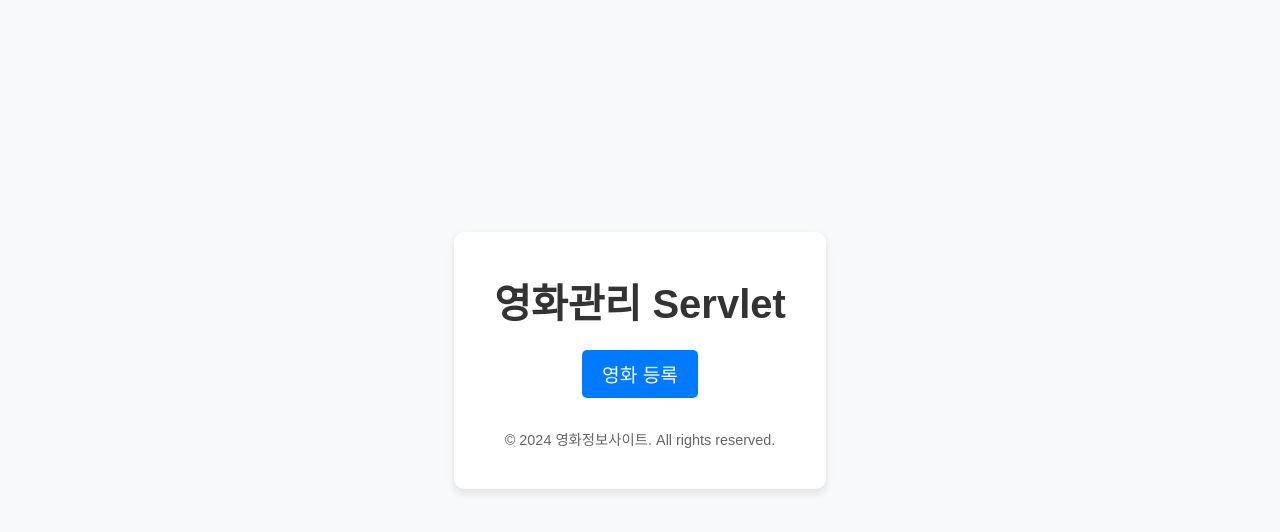
Repository: s00ngle/SSAFY-BE
Page: back_db_ws_01_2/src/main/webapp/index.html
These files come from the project's save history. The page is drawn as it stood at one moment and after a run of saves; the edit follows.
The browser window is 1280 px wide. The pictures show the whole page.

Above is the page before, as saved 2024-09-24 04:37:50.

After the next 2 saves:
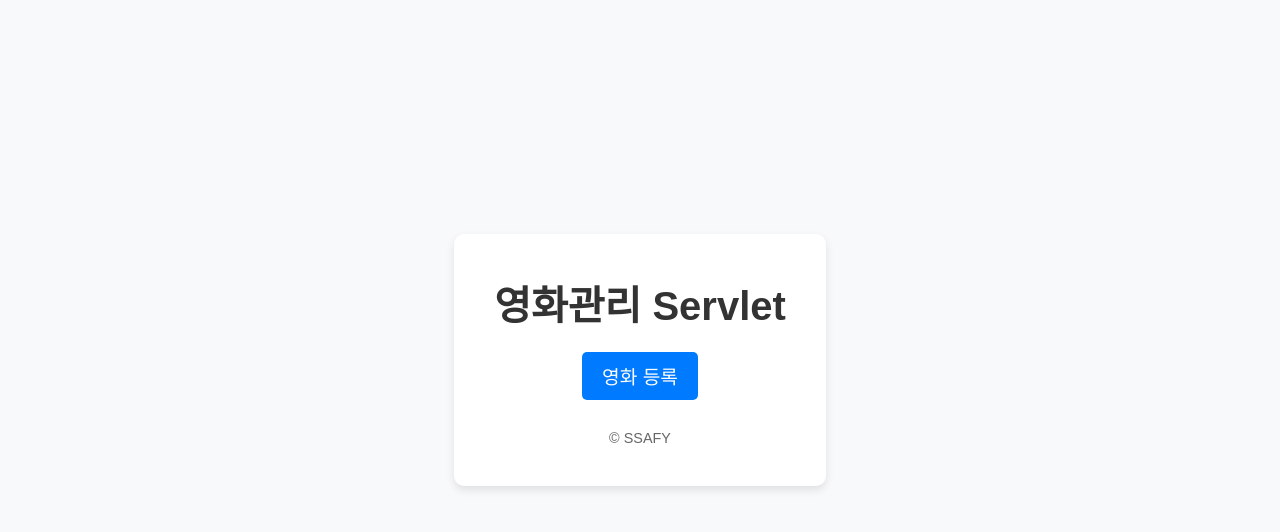
The 2 saves are shown as one change because they came seconds apart.
The last was saved 40 s later.
--- a/back_db_ws_01_2/src/main/webapp/index.html
+++ b/back_db_ws_01_2/src/main/webapp/index.html
@@ -55,7 +55,7 @@
         <h1>영화관리 Servlet</h1>
         <a href="/regist.html">영화 등록</a>
         <footer>
-            &copy; 2024 영화정보사이트. All rights reserved.
+            &copy; SSAFY
         </footer>
     </div>
 </body>
